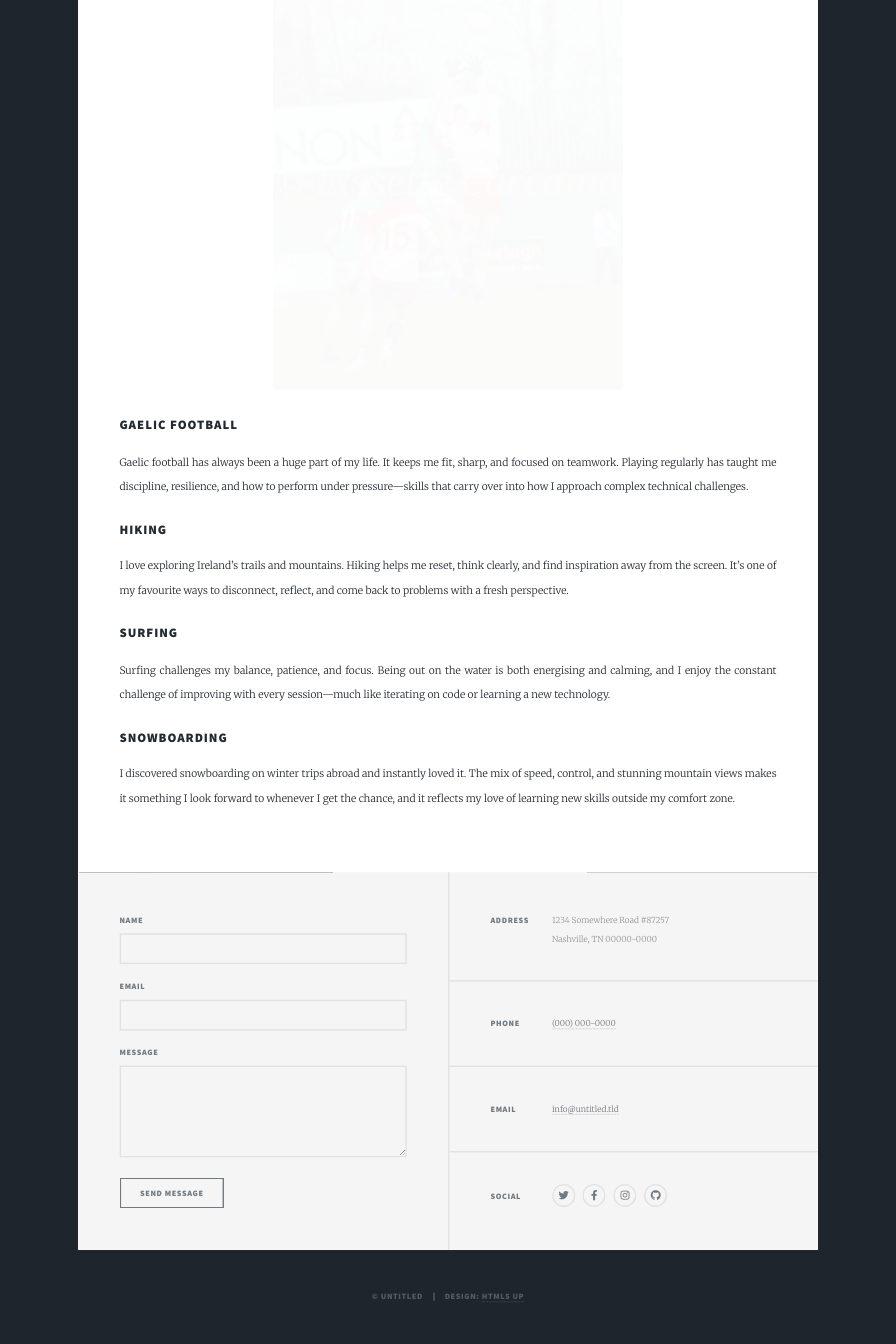
Repository: ciaranscan6/PersonalWebsite
Page: about-me.html
The author's editor kept a copy of each file at every save. The page is drawn from the files as they stood at one save, then again after the next save.
The browser window is 1280 px wide. The pictures show the part of the page from y = 1856 to 3776 px (the page is 3776 px tall before and 3537 px after), at 70% of full size.

Above is the page before, as saved 2025-11-22 02:05:43.

### about-me.html
<!DOCTYPE HTML>
<!--
	Massively by HTML5 UP
	html5up.net | @ajlkn
	Free for personal and commercial use under the CCA 3.0 license (html5up.net/license)
-->
<html>
	<head>
		<title>About Me</title>
		<meta charset="utf-8" />
		<meta name="viewport" content="width=device-width, initial-scale=1, user-scalable=no" />
		<link rel="stylesheet" href="assets/css/main.css" />
		<noscript><link rel="stylesheet" href="assets/css/noscript.css" /></noscript>

		<!-- Small custom styles for the hobbies section -->
		<style>
			/* Existing custom styles (if any) can stay above or below */

			.hobbies {
				margin-top: 3rem;
			}

			.hobby-rotator-wrapper {
				max-width: 500px;     /* control size here */
				margin: 0 auto 2rem;  /* center + space under */
			}

			.hobby-rotator-wrapper img {
				width: 100%;
				border-radius: 0.5rem;
			}

			/* Fade animation */
			#hobby-rotator {
				opacity: 1;
				transition: opacity 0.5s ease;
			}

			#hobby-rotator.fade-out {
				opacity: 0;
			}
		</style>

	</head>
	<body class="is-preload">

		<!-- Wrapper -->
			<div id="wrapper">

				<!-- Header -->
					<header id="header">
						<a href="index.html" class="logo">Ciarán Scanlon</a>
					</header>

				<!-- Nav -->
					<nav id="nav">
						<ul class="links">
							<li><a href="index.html">Projects</a></li>
							<li class="active"><a href="about-me.html">About Me</a></li>
							<li><a href="elements.html">Elements Reference</a></li>
						</ul>
						<ul class="icons">
							<li><a href="#" class="icon brands fa-linkedin"><span class="label">LinkedIn</span></a></li>
							<li><a href="#" class="icon brands fa-facebook-f"><span class="label">Facebook</span></a></li>
							<li><a href="#" class="icon brands fa-instagram"><span class="label">Instagram</span></a></li>
							<li><a href="#" class="icon brands fa-github"><span class="label">GitHub</span></a></li>
						</ul>
					</nav>

				<!-- Main -->
					<div id="main">

						<!-- Post -->
							<section class="post">
								<header class="major">
									<span class="date">November 21, 2025</span>
									<h1>A Bit About Me</h1>
									<p>
										I’m a 23-year-old Computer Science graduate from University College Dublin, originally from Longford, Ireland.
										I’m outgoing, adventurous, and love solving real-world problems with technology.
									</p>
								</header>

								<!-- Main portrait / banner image -->
								<div class="image main">
									<img src="images/pic01.jpg" alt="Photo of Ciarán Scanlon" />
								</div>

								<!-- About Me Content -->
								<p>
									I studied Computer Science at <strong>University College Dublin (UCD)</strong>, where I developed a strong foundation in
									software development, problem solving, and working with others on challenging projects. I’m particularly interested in
									<strong>cybersecurity</strong>, <strong>sustainability</strong>, and building software that can make a meaningful difference
									to people and the planet.
								</p>

								<p>
									I enjoy working on projects where I can learn quickly, think creatively, and collaborate with others. Whether it’s
									designing secure systems, improving user experiences, or experimenting with new technologies, I’m always looking for
									opportunities to grow and contribute.
								</p>

								<!-- CV Button -->
								<section>
									<h2>Curriculum Vitae</h2>
									<p>
										If you’d like to see more detail about my experience, skills, and projects, you can view my CV below:
									</p>
									<ul class="actions special">
										<li>
											<a href="files\Ciarán_Scanlon_CV.pdf" target="_blank" class="button large">
												View My CV
											</a>
										</li>
									</ul>
								</section>

								<!-- Hobbies: Four mini slideshows -->
								<section class="hobbies">
									<h2>Active Hobbies</h2>
									<p>
										Outside of tech, staying active is a big part of who I am. These are some of the hobbies that keep me moving,
										motivated, and always looking for the next challenge.
									</p>

									<!-- Single rotating image, smaller and centered -->
									<div class="hobby-rotator-wrapper">
										<span class="image fit">
											<img id="hobby-rotator" src="images/hobbies/gaelic1.png" alt="Hobby slideshow" />
										</span>
									</div>

									<!-- Hobby descriptions (static text) -->
									<article class="hobby">
										<h3>Gaelic Football</h3>
										<p>
											Gaelic football has always been a huge part of my life. It keeps me fit, sharp, and focused on teamwork. Playing
											regularly has taught me discipline, resilience, and how to perform under pressure—skills that carry over into how
											I approach complex technical challenges.
										</p>
									</article>

									<article class="hobby">
										<h3>Hiking</h3>
										<p>
											I love exploring Ireland’s trails and mountains. Hiking helps me reset, think clearly, and find inspiration away
											from the screen. It’s one of my favourite ways to disconnect, reflect, and come back to problems with a fresh
											perspective.
										</p>
									</article>

									<article class="hobby">
										<h3>Surfing</h3>
										<p>
											Surfing challenges my balance, patience, and focus. Being out on the water is both energising and calming, and I
											enjoy the constant challenge of improving with every session—much like iterating on code or learning a new
											technology.
										</p>
									</article>

									<article class="hobby">
										<h3>Snowboarding</h3>
										<p>
											I discovered snowboarding on winter trips abroad and instantly loved it. The mix of speed, control, and stunning
											mountain views makes it something I look forward to whenever I get the chance, and it reflects my love of
											learning new skills outside my comfort zone.
										</p>
									</article>
								</section>

							</section>

					</div>

				<!-- Footer -->
					<footer id="footer">
						<section>
							<form method="post" action="#">
								<div class="fields">
									<div class="field">
										<label for="name">Name</label>
										<input type="text" name="name" id="name" />
									</div>
									<div class="field">
										<label for="email">Email</label>
										<input type="text" name="email" id="email" />
									</div>
									<div class="field">
										<label for="message">Message</label>
										<textarea name="message" id="message" rows="3"></textarea>
									</div>
								</div>
								<ul class="actions">
									<li><input type="submit" value="Send Message" /></li>
								</ul>
							</form>
						</section>
						<section class="split contact">
							<section class="alt">
								<h3>Address</h3>
								<p>1234 Somewhere Road #87257<br />
								Nashville, TN 00000-0000</p>
							</section>
							<section>
								<h3>Phone</h3>
								<p><a href="#">(000) 000-0000</a></p>
							</section>
							<section>
								<h3>Email</h3>
								<p><a href="#">info@untitled.tld</a></p>
							</section>
							<section>
								<h3>Social</h3>
								<ul class="icons alt">
									<li><a href="#" class="icon brands alt fa-twitter"><span class="label">Twitter</span></a></li>
									<li><a href="#" class="icon brands alt fa-facebook-f"><span class="label">Facebook</span></a></li>
									<li><a href="#" class="icon brands alt fa-instagram"><span class="label">Instagram</span></a></li>
									<li><a href="#" class="icon brands alt fa-github"><span class="label">GitHub</span></a></li>
								</ul>
							</section>
						</section>
					</footer>

				<!-- Copyright -->
					<div id="copyright">
						<ul><li>&copy; Untitled</li><li>Design: <a href="https://html5up.net">HTML5 UP</a></li></ul>
					</div>

			</div>

		<!-- Scripts -->
			<script src="assets/js/jquery.min.js"></script>
			<script src="assets/js/jquery.scrollex.min.js"></script>
			<script src="assets/js/jquery.scrolly.min.js"></script>
			<script src="assets/js/browser.min.js"></script>
			<script src="assets/js/breakpoints.min.js"></script>
			<script src="assets/js/util.js"></script>
			<script src="assets/js/main.js"></script>

			<!-- JS: mini-slideshows for each hobby -->
			<script>
				document.addEventListener('DOMContentLoaded', function () {
					const imgElement = document.getElementById("hobby-rotator");
					if (!imgElement) return; // safety check

					const images = [
						"images/hobbies/gaelic1.png",
						"images/hobbies/gaelic2.jpg",
						"images/hobbies/hiking1.jpg",
						"images/hobbies/hiking2.jpg",
						"images/hobbies/surf1.jpg",
						"images/hobbies/surf2.jpg",
						"images/hobbies/snow1.jpg",
						"images/hobbies/snow2.jpg"
					];

					let current = 0;

					function rotateImages() {
						// apply fade-out
						imgElement.classList.add("fade-out");

						setTimeout(() => {
							// move to next image
							current = (current + 1) % images.length;
							imgElement.src = images[current];
							// remove fade-out to fade back in
							imgElement.classList.remove("fade-out");
						}, 500); // match the CSS transition time
					}

					// Start rotating every 3 seconds
					setInterval(rotateImages, 6000);
				});
			</script>



	</body>
</html>

Loaded but not shown: assets/js/jquery.min.js (library); assets/css/fontawesome-all.min.css (library); assets/js/jquery.scrollex.min.js (common file); assets/js/jquery.scrolly.min.js (common file); assets/js/browser.min.js (common file); assets/js/breakpoints.min.js (common file); assets/js/util.js (587 lines, source omitted); assets/js/main.js (258 lines, source omitted); assets/css/main.css (4689 lines, source omitted)

After the next save:
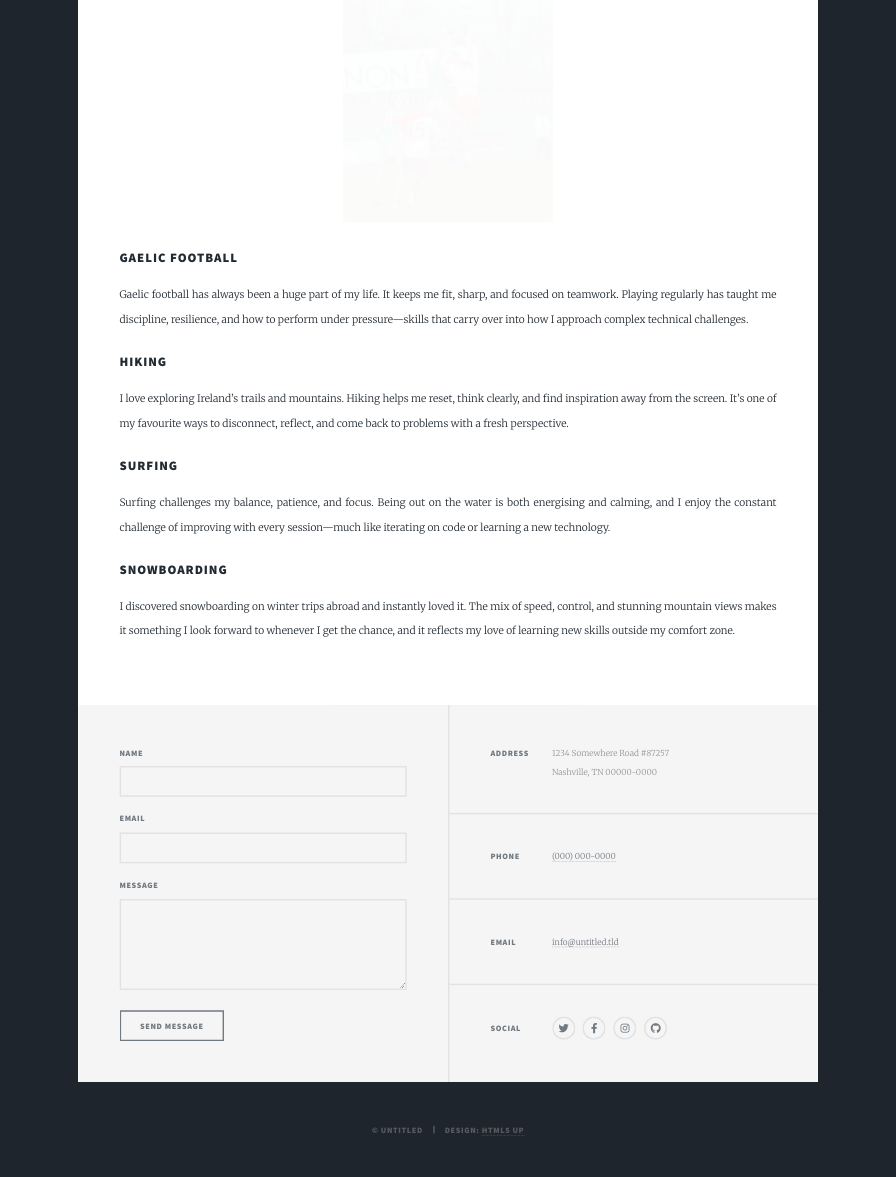
Saved 82 s later.
--- a/about-me.html
+++ b/about-me.html
@@ -21,7 +21,7 @@
 			}
 
 			.hobby-rotator-wrapper {
-				max-width: 500px;     /* control size here */
+				max-width: 300px;     /* control size here */
 				margin: 0 auto 2rem;  /* center + space under */
 			}
 
